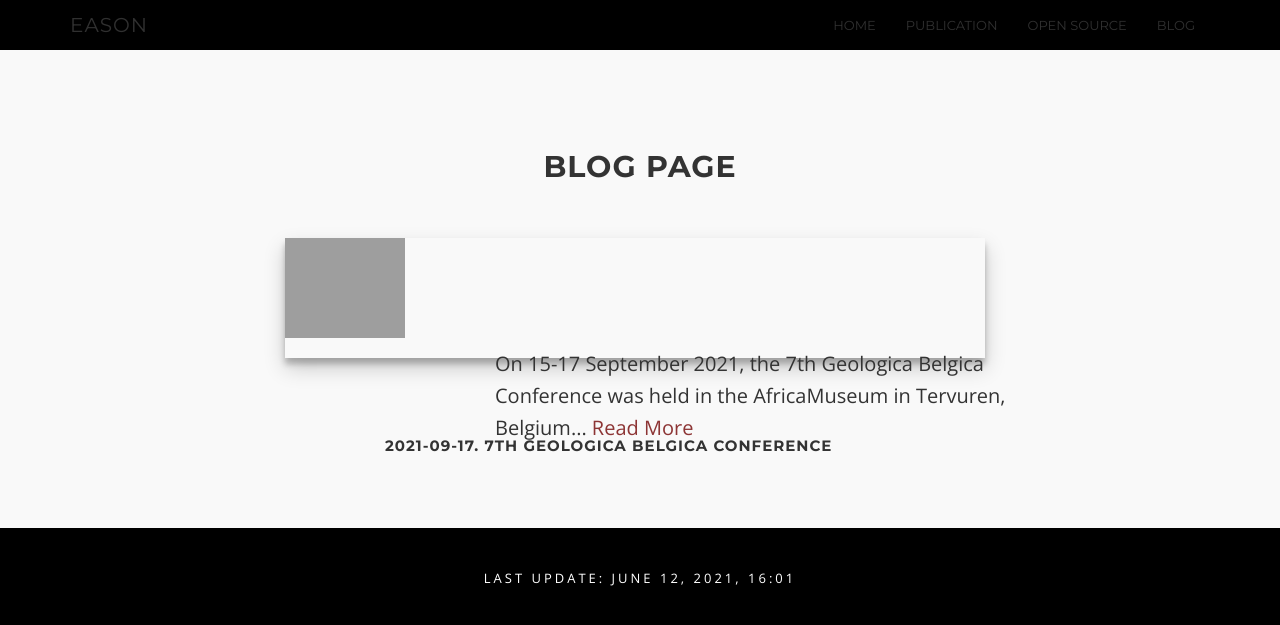
Repository: eazzzon/eazzzon.github.io
Page: blog.html
An editor plug-in stored every save of this project. The page is shown before and after a run of saves, followed by the edit.
The browser window is 1280 px wide. The pictures show the whole page.
Pictures or frames that could not be fetched are drawn as grey boxes.

Above is the page before, as saved 2021-09-18 13:18:24.

### blog.html
<!DOCTYPE html>
<html lang="en">
<head>
<meta charset="utf-8">
<meta http-equiv="X-UA-Compatible" content="IE=edge">
<meta name="viewport" content="width=device-width, initial-scale=1">
<meta name="description" content="">
<meta name="author" content="">
<title>yishen.zhang</title>
<!-- Bootstrap Core CSS -->
<link href="css/bootstrap.min.css" rel="stylesheet">
<!-- Custom CSS -->
<link href="css/theme.css" rel="stylesheet">
<!-- Custom Fonts -->
<link href="font-awesome/css/font-awesome.min.css" rel="stylesheet" type="text/css">
<link href="http://fonts.googleapis.com/css?family=Open+Sans:300,400,700,400italic,700italic" rel="stylesheet" type="text/css">
<link href="http://fonts.googleapis.com/css?family=Montserrat:400,700" rel="stylesheet" type="text/css">
<!-- HTML5 Shim and Respond.js IE8 support of HTML5 elements and media queries -->
<!-- WARNING: Respond.js doesn't work if you view the page via file:// -->
<!--[if lt IE 9]>
        <script src="https://oss.maxcdn.com/libs/html5shiv/3.7.0/html5shiv.js"></script>
        <script src="https://oss.maxcdn.com/libs/respond.js/1.4.2/respond.min.js"></script>
    <![endif]-->
</head>
<body id="page-top" data-spy="scroll" data-target=".navbar-fixed-top">
<!-- Navigation -->
<nav class="navbar navbar-custom navbar-fixed-top" role="navigation">
<div class="container">
	<div class="navbar-header">
		<button type="button" class="navbar-toggle" data-toggle="collapse" data-target=".navbar-main-collapse">
		<i class="fa fa-bars"></i>
		</button>
		<a class="navbar-brand page-scroll" href="index.html" style="color: #303030;">
		EASON </a>
	</div>
	<!-- Collect the nav links, forms, and other content for toggling -->
	<div class="collapse navbar-collapse navbar-right navbar-main-collapse">
		<ul class="nav navbar-nav" style="color: #303030;">
			<li>
			<a href="index.html">Home</a>
			</li>
			<li>
			<a href="publication.html">publication</a>
			</li>
			<li>
			<a href="opensource.html">open source</a>
			</li>
			<li>
			<a href="blog.html">blog</a>
			</li>
		</ul>
	</div>
	<!-- /.navbar-collapse -->
</div>
<!-- /.container -->
</nav>

<!-- Page Sample Section -->
<section id="page-sample">


<div class="container content-section text-left">
	<div class='container'>
		<div class="row">
			<h2 class="text-center">BLOG PAGE</h2>
			<div class="col-lg-8 col-lg-offset-2">
				<div class="post-box">
					<img class="box-img" src="https://geologicabelgica2021.africamuseum.be/sites/default/files/media/images/Logo%20Geologica%20Belgica.png" alt="lower crust foundering" />
					<div class="box-text">
						<a  href="post20210917.html">
							<h4 class="box-text">2021-09-17. 7th Geologica Belgica Conference </h4>
						</a>
						<p class="p">On 15-17 September 2021, the 7th Geologica Belgica Conference was held in the AfricaMuseum in Tervuren, Belgium... <a href="post20210917.html" style="color:rgb(141, 53, 53);">Read More</a></p>
					</div>
				</div>
				</div>

			</div>
		</div>
	</div>
</div>
</section>




<!-- Footer -->
<footer>
<div class="container text-center">
	<p class="credits">
		last update: June 12, 2021, 16:01
	</p>
</div>
</footer>
<!-- jQuery -->
<script src="js/jquery.js"></script>
<!-- Bootstrap Core JavaScript -->
<script src="js/bootstrap.min.js"></script>
<!-- Plugin JavaScript -->
<script src="js/jquery.easing.min.js"></script>
<!-- Custom Theme JavaScript -->
<script src="js/theme.js"></script>
</body>
</html>

### css/theme.css
/* Aries v1.0 - by WowThemes.net */
body {
	width:100%;
	height:100%;
	font-family:Open Sans,"Helvetica Neue",Helvetica,Arial,sans-serif;
	color:#fff;
	background-color:#000;
	 font-weight:300;
}
html {
	width:100%;
	height:100%;
}
h1,h2,h3,h4,h5,h6 {
	margin:0 0 35px;
	text-transform:uppercase;
	font-family:Montserrat,"Helvetica Neue",Helvetica,Arial,sans-serif;
	font-weight:700;
	letter-spacing:1px;
}
p {
	margin:0 0 25px;
	font-size:18px;
	line-height:1.5;
}
@media(min-width:768px) {
	p {
		margin:0 0 35px;
		font-size:20px;
		line-height:1.6;
	}
}
a {
	color:inherit;
	-webkit-transition:all .2s ease-in-out;
	-moz-transition:all .2s ease-in-out;
	transition:all .2s ease-in-out;
}
a:hover,a:focus {
	text-decoration:none;
	color:inherit;
}
.light {
	font-weight:400;
}
.navbar-custom {
	margin-bottom:0;
	border-bottom:1px solid rgba(255,255,255,.3);
	text-transform:uppercase;
	font-family:Montserrat,"Helvetica Neue",Helvetica,Arial,sans-serif;
	background-color:#000;
}
.navbar-custom .navbar-brand {
	font-size:20px;
	text-transform:none;
	letter-spacing:1px;
}
.navbar-custom .navbar-brand:focus {
	outline:0;
}
.navbar-custom .navbar-brand .navbar-toggle {
	padding:4px 6px;
	font-size:16px;
	color:#fff;
}
.navbar-custom .navbar-brand .navbar-toggle:focus,.navbar-custom .navbar-brand .navbar-toggle:active {
	outline:0;
}
.navbar-custom a {
}
.navbar-custom .nav li a {
	-webkit-transition:background .3s ease-in-out;
	-moz-transition:background .3s ease-in-out;
	transition:background .3s ease-in-out;
}
.navbar-custom .nav li a:hover {
	outline:0;
	color:#1ba39c;
	background-color:transparent;
}
.navbar-custom .nav li a:focus,.navbar-custom .nav li a:active {
	outline:0;
	background-color:transparent;
}
.navbar-custom .nav li.active {
	outline:0;
}
.navbar-custom .nav li.active a {
	color:#1ba39c;
}
.navbar-custom .nav li.active a:hover {
	color:#1ba39c;
}
@media(min-width:768px) {
	.navbar-custom {
		padding:20px 0;
		border-bottom:0;
		font-size:13px;
		background:0 0;
		-webkit-transition:background .5s ease-in-out,padding .5s ease-in-out;
		-moz-transition:background .5s ease-in-out,padding .5s ease-in-out;
		transition:background .5s ease-in-out,padding .5s ease-in-out;
	}
		 .navbar-custom.top-nav-collapse {
		 padding:0;
		border-bottom:1px solid rgba(255,255,255,.3);
		color:#333;
			background:#fff;
	}
	.navbar-custom.top-nav-collapse a {
		color:#333;
		display:inline-block;
	}
}
.intro {
	display:table;
	width:100%;
	height:auto;
	padding:100px 0 100px 0;
	text-align:center;
	color:#fff;
	background-image:radial-gradient(circle at 50% 50%,rgba(95, 94, 94, 0.46),rgba(56, 56, 56, 0.88)), url('labelled.png');
	-webkit-background-size:cover;
	-moz-background-size:cover;
	background-size:cover;
	-o-background-size:cover;
}
.intro .intro-body {
	display:table-cell;
	vertical-align:middle;
}
.intro .intro-body .brand-heading {
	font-size:40px;
}
.intro .intro-body .intro-text {
	font-size:18px;
}
@media(min-width:768px) {
	.intro {
		height:100%;
		padding:0;
	}
	.intro .intro-body .brand-heading {
		font-size:60px;
		margin-top:90px;
		margin-bottom:20px;
		border-top:2px solid #fff;
		border-bottom:2px solid #fff;
		display:inline-block;
		padding:10px 0;
	}
	.intro .intro-body .intro-text {
		font-size:20px;
			font-weight:300;
			letter-spacing:3px;
	}
}
.btn-circle {
	width:50px;
	height:50px;
	margin-top:15px;
	line-height:40px;
	text-align:center;
	border:2px solid #fff;
	border-radius:100%!important;
	font-size:20px;
	color:#fff;
	background:0 0;
	-webkit-transition:background .3s ease-in-out;
	-moz-transition:background .3s ease-in-out;
	transition:background .3s ease-in-out;
}
.btn-circle:hover,.btn-circle:focus {
	outline:0;
	color:#fff;
	background:rgba(255,255,255,.1);
}
.btn-circle i.animated {
	-webkit-transition-property:-webkit-transform;
	-webkit-transition-duration:1s;
	-moz-transition-property:-moz-transform;
	-moz-transition-duration:1s;
}
.btn-circle:hover i.animated {
	-webkit-animation-name:pulse;
	-moz-animation-name:pulse;
	-webkit-animation-duration:1.5s;
	-moz-animation-duration:1.5s;
	-webkit-animation-iteration-count:infinite;
	-moz-animation-iteration-count:infinite;
	-webkit-animation-timing-function:linear;
	-moz-animation-timing-function:linear;
}
@-webkit-keyframes pulse {
	0% {
		-webkit-transform:scale(1);
		transform:scale(1);
	}
	50% {
		-webkit-transform:scale(1.2);
		transform:scale(1.2);
	}
	100% {
		-webkit-transform:scale(1);
		transform:scale(1);
	}
}
@-moz-keyframes pulse {
	0% {
		-moz-transform:scale(1);
		transform:scale(1);
	}
	50% {
		-moz-transform:scale(1.2);
		transform:scale(1.2);
	}
	100% {
		-moz-transform:scale(1);
		transform:scale(1);
	}
}
.content-section {
	padding:40px 0;
	clear:both;
}
@media(min-width:767px) {
	.content-section {
		padding:150px 0;
			 clear:both;
	}
}
.btn {
	border-radius:0;
	text-transform:uppercase;
	font-family:Montserrat,"Helvetica Neue",Helvetica,Arial,sans-serif;
	font-weight:400;
	-webkit-transition:all .3s ease-in-out;
	-moz-transition:all .3s ease-in-out;
	transition:all .3s ease-in-out;
}
.btn-default {
	border:1px solid #42dca3;
	color:#42dca3;
	background-color:transparent;
}
.btn-default:hover,.btn-default:focus {
	border:1px solid #42dca3;
	outline:0;
	color:#000;
	background-color:#42dca3;
}
ul.banner-social-buttons {
	margin-top:0;
}
@media(max-width:1199px) {
	ul.banner-social-buttons {
		margin-top:15px;
	}
}
@media(max-width:767px) {
	ul.banner-social-buttons li {
		display:block;
		margin-bottom:20px;
		padding:0;
	}
	ul.banner-social-buttons li:last-child {
		margin-bottom:0;
	}
}
footer {
	padding:40px 0;
	z-index:1;
	position:relative;
	clear:both;
}
footer p {
	margin:0;
	font-size:15px;
}
footer p.credits {
	text-transform:uppercase;
	font-size:13px;
	letter-spacing:3px;
}
::-moz-selection {
	text-shadow:none;
	background:#fcfcfc;
	background:rgba(255,255,255,.2);
}
::selection {
	text-shadow:none;
	background:#fcfcfc;
	background:rgba(255,255,255,.2);
}
img::selection {
	background:0 0;
}
img::-moz-selection {
	background:0 0;
}
body {
	webkit-tap-highlight-color:rgba(255,255,255,.2);
}
.bgblue {
	background:#22292c;
}
.inlineblock {
	display:inline-block;
}
p:last-child {
	margin-bottom:0;
}
p.lead {
	line-height:1.9;
}
.btnghost {
	border:2px solid #333;
	background-color:transparent;
	padding:15px 20px;
	letter-spacing:3px;
	font-size:12px;
	text-transform:uppercase;
	font-weight:400;
	color:#333;
	margin-top:20px;
	display:inline-block;
}
.btnghost:hover {
	background-color:#333;
	color:#fff;
	border:2px solid #333;
}
.bgcover {
	background-size:cover;
	background-repeat:no-repeat;
	position:relative;
}
img {
	max-width:100%;
}
.gallery ul {
	padding:0;
	margin:0;
}
.gallery img {
	max-width:100%;
	height:auto;
	padding:0;
	margin:0;
}
.gallery ul li {
	margin:0;
	position:relative;
	list-style:none;
	float:left;
	padding:0;
}
.gallery ul li a {
	display:block;
	position:relative;
	width:100%;
	height:100%;
	margin:0;
	padding:0;
	line-height:0;
}
.gallery ul li a:before {
	position:absolute;
	width:32px;
	height:32px;
	top:40%;
	left:50%;
	margin:-14px 0 0 -16px;
	/* background: url(data:[embedded picture, 2228 characters]) no-repeat; */
	content:"";
	opacity:0;
	z-index:1;
	-webkit-transition:all 0.3s linear;
	-moz-transition:all 0.3s linear;
	transition:all 0.3s linear;
}
.gallery ul li a:hover:before {
	top:50%;
	opacity:1;
}
.gallery ul li a:after {
	position:absolute;
	width:100%;
	top:0;
	bottom:0;
	background:rgba(0,0,0,0.3);
	content:"";
	opacity:0;
	-webkit-transition:all 0.3s linear;
	-moz-transition:all 0.3s linear;
	transition:all 0.3s linear;
}
.gallery ul li a:hover:after {
	opacity:1;
}
section:after {
	float:none;
	clear:both;
}
section {
	background-color:#f9f9f9;
	color:#333;
	overflow:hidden;
}
.done {
	display:none;
}
.error input,input.error,.error textarea,textarea.error {
	background-color:#ffffff;
	border-bottom:2px solid orangered !Important;
	-webkit-transition:border linear 0.2s,box-shadow linear 0.2s;
	-moz-transition:border linear 0.2s,box-shadow linear 0.2s;
	-o-transition:border linear 0.2s,box-shadow linear 0.2s;
	transition:border linear 0.2s,box-shadow linear 0.2s;
}

/* post-box style */
.post-box {
	width: 700px;
	height: 120px;
	margin: 20px;
	box-shadow: 0 10px 20px rgba(0, 0, 0, 0.19), 0 6px 6px rgba(0, 0, 0, 0.23);
  }

  .box-img {
	width: 120px;
	height: 100px;
	padding: 0px;
	margin: 0px;
  }

  .box-text {
	margin: 0px;
	position: absolute;
	font-size: 15px;
	padding: 50px;
	top: 0 px
	left: 10px;
  }

  .p {
	padding: 50px;
	margin: 10px;
	position: relative;
	bottom: 100px;
	left: 100px;
  }

  .p2 {
	padding: 0px;
	margin: 0px;
	font-size: 15px;
	position: relative;
	left: 25px;
  }

### js/theme.js
// jQuery to collapse the navbar on scroll
$(window).scroll(function() {
    if ($(".navbar").offset().top > 50) {
        $(".navbar-fixed-top").addClass("top-nav-collapse");
    } else {
        $(".navbar-fixed-top").removeClass("top-nav-collapse");
    }
});

// jQuery for page scrolling feature - requires jQuery Easing plugin
$(function() {
    $('a.page-scroll').bind('click', function(event) {
        var $anchor = $(this);
        $('html, body').stop().animate({
            scrollTop: $($anchor.attr('href')).offset().top
        }, 1500, 'easeInOutExpo');
        event.preventDefault();
    });
});

// Closes the Responsive Menu on Menu Item Click
$('.navbar-collapse ul li a').click(function() {
    $('.navbar-toggle:visible').click();
});

Loaded but not shown: css/bootstrap.min.css (library); font-awesome/css/font-awesome.min.css (library); js/jquery.js (library); js/bootstrap.min.js (library); js/jquery.easing.min.js (library)

After the next 2 saves:
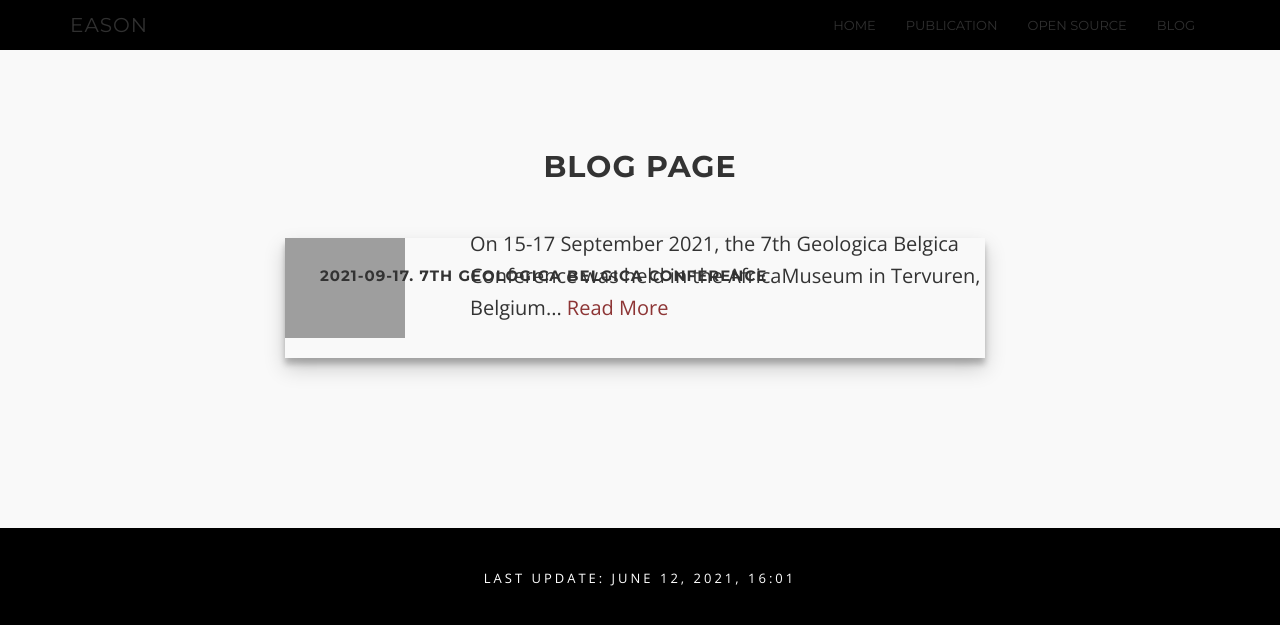
The 2 saves are shown as one change because they came seconds apart.
The last was saved 6 s later.
--- a/css/theme.css
+++ b/css/theme.css
@@ -439,7 +439,7 @@ section {
 	position: absolute;
 	font-size: 15px;
 	padding: 50px;
-	top: 0 px
+	top: 0px;
 	left: 10px;
   }
 
